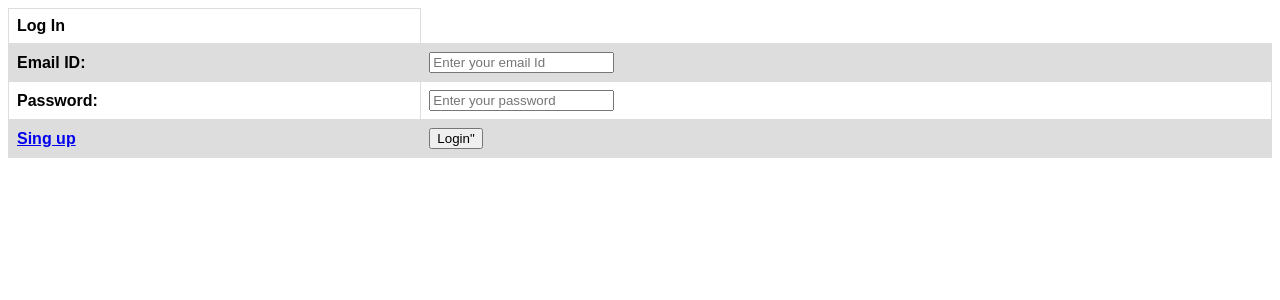
Repository: akki1071993/JavaServlet
Page: HttpServletFilterDemo/src/main/webapp/login.html
These files come from the project's save history. The page is drawn as it stood at one moment and after the next save; the edit follows.
The browser window is 1280 px wide. The pictures show the whole page.

Above is the page before, as saved 2022-06-15 10:07:55.

### HttpServletFilterDemo/src/main/webapp/login.html
<!DOCTYPE html>
<html>
<head>
<meta charset="ISO-8859-1">
<title>Insert title here</title>
<link rel="stylesheet" href="table.css">
</head>
<body>
<form action="login" method="post">
<table>
		<tr>
			<th colspan="1"> Log In</th>
		</tr>
		<tr>
			<th>Email ID: </th>
			<th><input type="text" name="email" placeholder="Enter your email Id"></th>
		</tr>
		<tr>
			<th>Password: </th>
			<th><input type="text" name="pass" placeholder="Enter your password"></th>
		</tr>
		<tr>
			<th><a href="register.html">Sing up</a></th>
			<th><input type="submit"  value=Login"></th>
		</tr>
	</table>

</form>
</body>
</html>

### HttpServletFilterDemo/src/main/webapp/table.css
@charset "ISO-8859-1";

table {
  font-family: arial, sans-serif;
  border-collapse: collapse;
  width: 100%;
}

td, th {
  border: 1px solid #dddddd;
  text-align: left;
  padding: 8px;
}

tr:nth-child(even) {
  background-color: #dddddd;
}

After the next save:
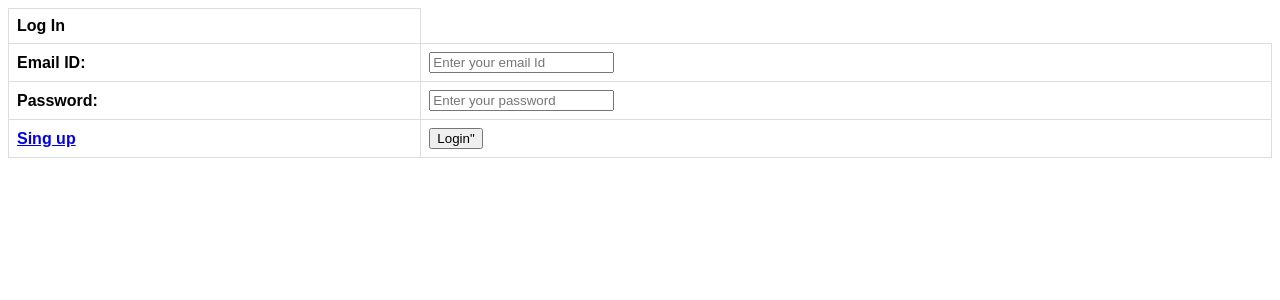
Saved 6 min 43 s later.
--- a/HttpServletFilterDemo/src/main/webapp/table.css
+++ b/HttpServletFilterDemo/src/main/webapp/table.css
@@ -11,7 +11,3 @@ td, th {
   text-align: left;
   padding: 8px;
 }
-
-tr:nth-child(even) {
-  background-color: #dddddd;
-}
